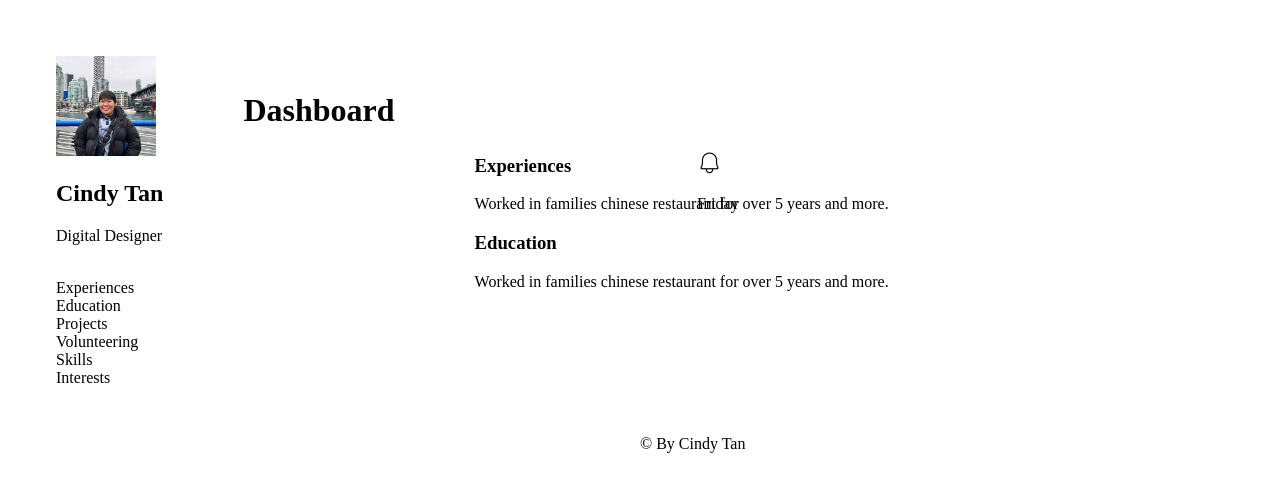
Repository: Cindy-tan/Assessment-_1
Page: /
An editor plug-in stored every save of this project. The page is shown before and after the next save, followed by the edit.
The browser window is 1280 px wide. The pictures show the whole page.
The project was rebuilt for these pictures with package versions that can differ from the ones it lists, and the page was loaded fresh each time. The framework's server and built-in components were replaced by stand-ins that run in the browser. Also part of the build but not shown: next.config.js, components/Card/Card.module.css, components/SideNavigation/SideNavigation.module.css.

Above is the page before, as saved 2024-01-18 23:59:24.

### pages/index.js
import Head from 'next/head'
import styles from '@/styles/Home.module.css'
import Header from '@/components/Header'
import Card from '@/components/Card'
import Footer from '@/components/Footer'
import MenuItem from '@/components/MenuItem'
import SideNavigation from '@/components/SideNavigation'



export default function Home() {

  return (
    <>
      <Head>
        <title>Assessment 1</title>
        <meta name="description" content="Generated by create next app" />
        <meta name="viewport" content="width=device-width, initial-scale=1" />
        <link rel="icon" href="/favicon.ico" />
      </Head>

      <main className={`${styles.main}`}>

        <div>
        <SideNavigation/>
        </div>

        <div className={`${styles.header}`}>
        <Header/>
        </div>

        <div className={`${styles.card}`}>
          <Card title='Experiences' description='Worked in families chinese restaurant for over 5 years and more.'/>
          <Card title='Education' description='Worked in families chinese restaurant for over 5 years and more.'/>
        </div>









      </main>
      <Footer/>
    </>
  )
}

### styles/globals.css
:root {
  --black: #000;
  --white: #fff;
  --blue: rgba(12, 72, 156, 1.0);

  --large-font: 20px;
  --medium-font: 17px;
  --small-font: 14px;

  --violet-red: rgb(219, 112, 147);
  --amaranth: rgb(159, 43, 104);
  --cerise: rgb(222, 49, 99);
  --steel-blue: rgb(40, 189, 218);
  --teal: rgb(20, 151, 176);
  --yellow: rgb(12, 97, 119);
}

### styles/Home.module.css
.main {
  display: flex;
  flex-direction: row;
  align-items: center;
  padding: 3rem;
  min-height: 20vh;
}

.header{
  align-items: center;
  border-radius: 50px;
  padding: 7px 80px 150px;
}

### components/Header/index.js
import styles from "./Header.module.css"
import Image from "next/image"

export default function Header() {
    return (
        <>
            <header>
                <h1>Dashboard</h1>
                <div className={`${styles.icon}`}>
                <Image src="/images/bell.png" alt="bell" width={25} height={25}/>
                <p>Friday</p>
                </div>
            </header>
        </>
    )
}

### components/Card/index.js
import styles from "./Card.module.css"

export default function Card({
    title="default",
    description="default",
    bgColor,
    borderColor
})
{
    return (
        <>
            <div className={styles.card} style={{backgroundColor: bgColor, border:borderColor}}>
                <h3>{title}</h3>
                <p>{description}</p>
            </div>
        </>
    )
}

### components/Footer/index.js
import styles from "./Footer.module.css"

export default function Footer() {
    return(
        <>
            <footer className={styles.footer}>
               © By Cindy Tan
            </footer>
        </>
    )
}

### components/MenuItem/index.js
import styles from "./MenuItem.module.css"

export default function MenuItem({
    title = "",
    bgColor,
    textColor,
    tabLeft
})

{
    return (
        <>
            <div className={styles.menuItem} style={{backgroundColor: bgColor, color:textColor}}>
                {title}
            </div>
        </>
    )
}

### components/SideNavigation/index.js
import MenuItem from "../MenuItem"
import styles from "./SideNavigation.module.css"
import Image from "next/image"

export default function SideNavigation() {
    return (
        <>
            <div>
                <Image src="/images/profile.JPG" alt="profile" width={100} height={100}/>
                <h2>Cindy Tan</h2>
                <p>Digital Designer</p>
                <br/>
                <MenuItem title="Experiences"/>
                <MenuItem title="Education"/>
                <MenuItem title="Projects"/>
                <MenuItem title="Volunteering"/>
                <MenuItem title="Skills"/>
                <MenuItem title="Interests"/>

            </div>
        </>
    )
}

### components/Header/Header.module.css
.icon {
    margin-left: 300%;
}

### components/Footer/Footer.module.css
.footer {
    align-items: center;
    padding-left: 50%;
}

### components/MenuItem/MenuItem.module.css
.menuItem:hover {
    background-color: var(--blue);
    color: var(--white);
}

Loaded but not shown: pages/_app.js (common file); pages/_document.js (common file); components/Card/Card.module.css (no copy from this time; the picture is the same without it)

After the next save:
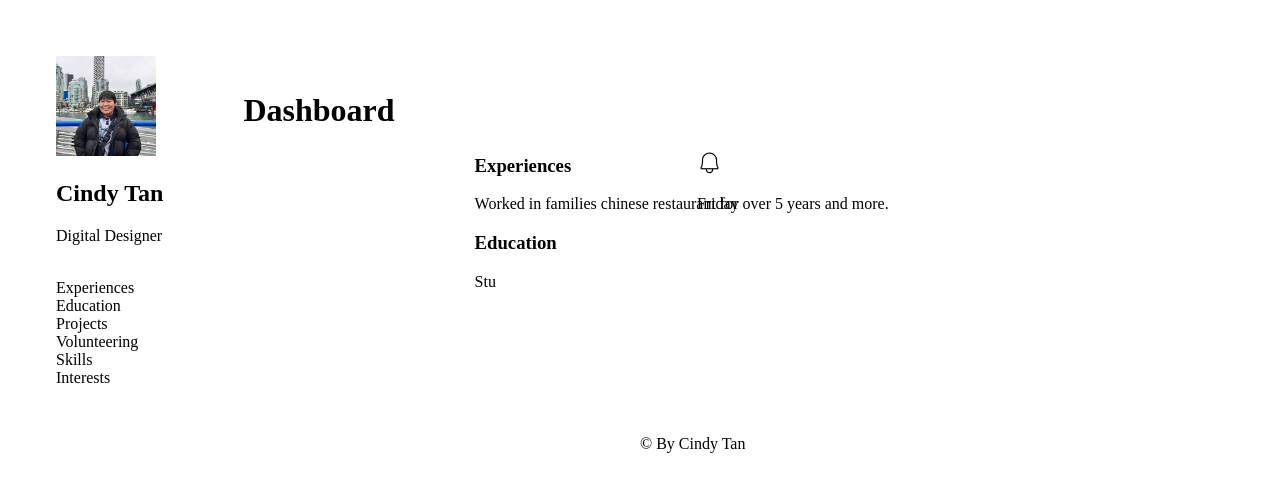
Saved 42 s later.
--- a/pages/index.js
+++ b/pages/index.js
@@ -31,7 +31,7 @@ export default function Home() {
 
         <div className={`${styles.card}`}>
           <Card title='Experiences' description='Worked in families chinese restaurant for over 5 years and more.'/>
-          <Card title='Education' description='Worked in families chinese restaurant for over 5 years and more.'/>
+          <Card title='Education' description='Stu'/>
         </div>
 
 
